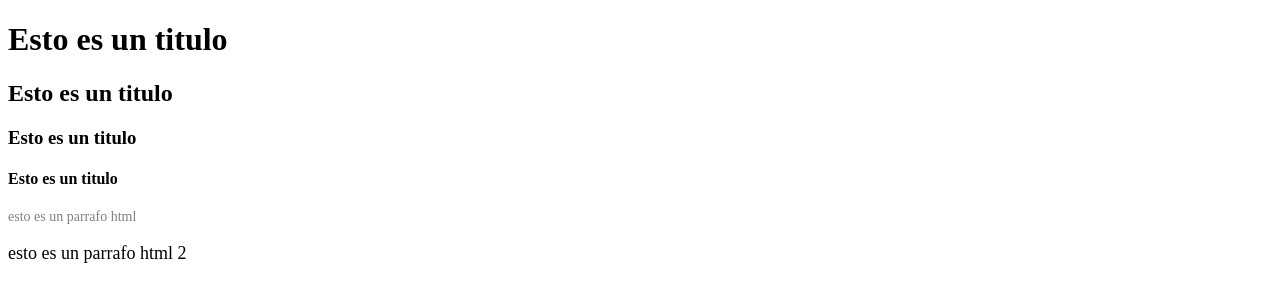
Repository: gazagal/workspace
Page: login-web-app/src/main/webapp/index.html
These files come from the project's save history. The page is drawn as it stood at one moment and after the next save; the edit follows.
The browser window is 1280 px wide. The pictures show the whole page.

Above is the page before, as saved 2016-06-20 16:39:38.

After the next save:
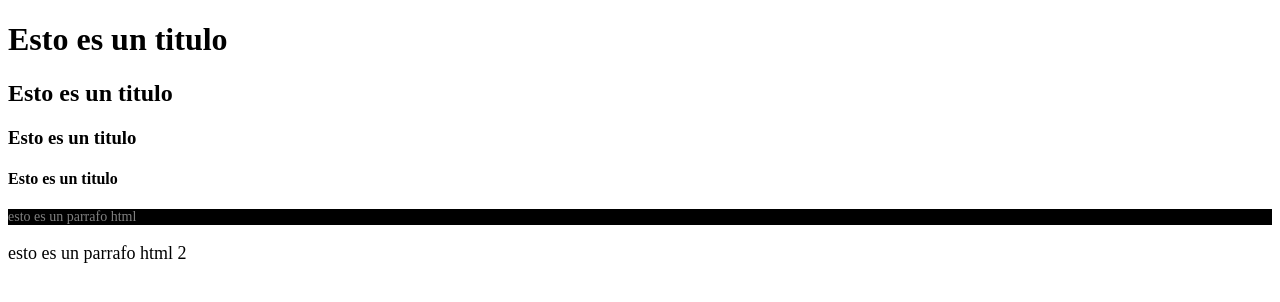
Saved 111 s later.
--- a/login-web-app/src/main/webapp/index.html
+++ b/login-web-app/src/main/webapp/index.html
@@ -4,7 +4,7 @@
 <meta charset="ISO-8859-1">
 <title>Pagina Inicial</title>
 <style type="text/css">
-	p.intro{color:gray; font-size: 14px;}
+	p.intro{color:gray; font-size: 14px; background-color: black;}
 	p.contenido{color:black; font-size: 18px;}
 </style>
 
